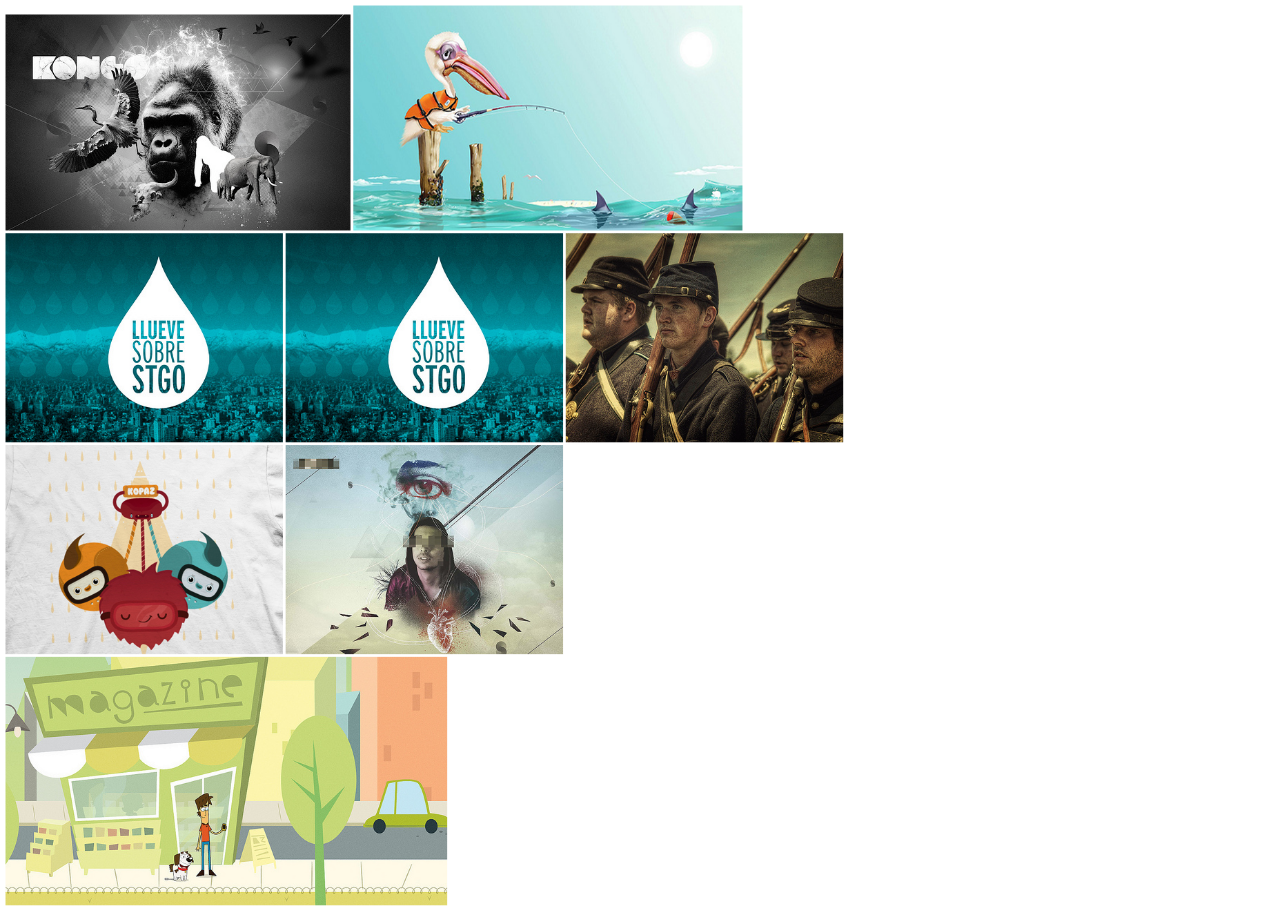
Repository: iravakilova/Brandi
Page: app/works1.html
These files come from the project's save history. The page is drawn as it stood at one moment and after the next save; the edit follows.
The browser window is 1280 px wide. The page is 1280 px wide, then 1848 px, so the pictures cover 1848 px, including what lies to the right of the window. The pictures show the whole page, at 69% of full size.

Above is the page before, as saved 2020-02-16 22:53:52.

### app/works1.html
<!DOCTYPE html>
<html lang="en">
<head>
    <meta charset="UTF-8">
    <meta name="viewport" content="width=device-width, initial-scale=1.0">
    <title>works_grid</title>
    <style>

    </style>
</head>
<body>
    <div class="gallery">
        <div class="grid-container">
            <img src="./img/works-1.png" alt="">
            <img src="./img/works-2.png" alt="">
            <img src="./img/works-4.png" alt="">
            <img src="./img/works-4.png" alt="">
            <img src="./img/works-5.png" alt="">
            <img src="./img/works-6.png" alt="">
            <img src="./img/works-7.png" alt="">
            <img src="./img/works-8.png" alt="">
        </div>
    </div>
</body>
</html>

After the next save:
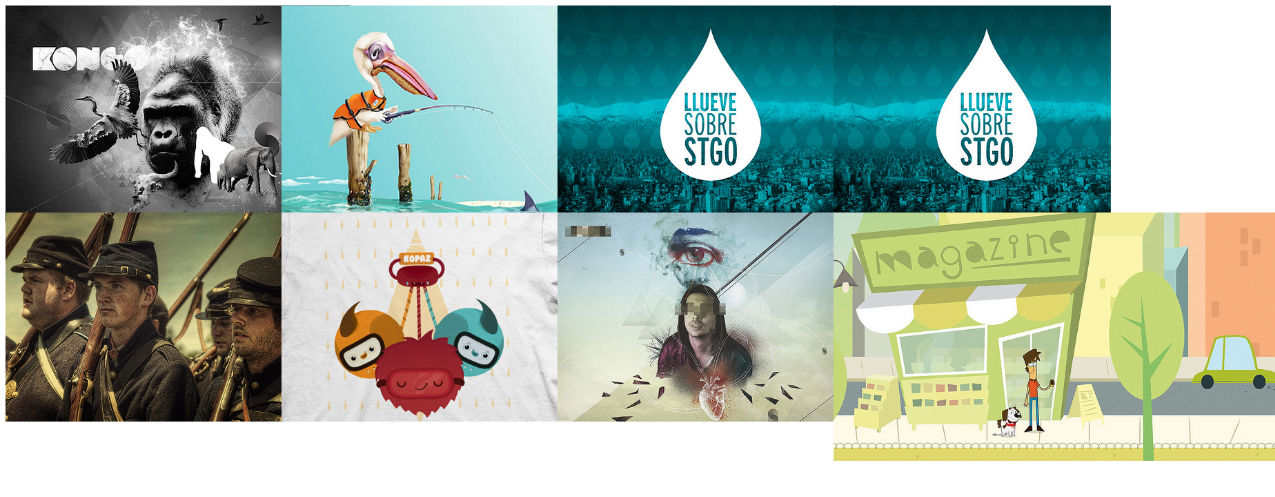
Saved 17 s later.
--- a/app/works1.html
+++ b/app/works1.html
@@ -5,7 +5,12 @@
     <meta name="viewport" content="width=device-width, initial-scale=1.0">
     <title>works_grid</title>
     <style>
-
+        .grid-container {
+            display: grid;
+            grid-template-columns: 400px 400px 400px 400px;
+            grid-template-rows: 300px 300px;
+            grid-template-areas: ". . . ." ". . . .";
+        }
     </style>
 </head>
 <body>
